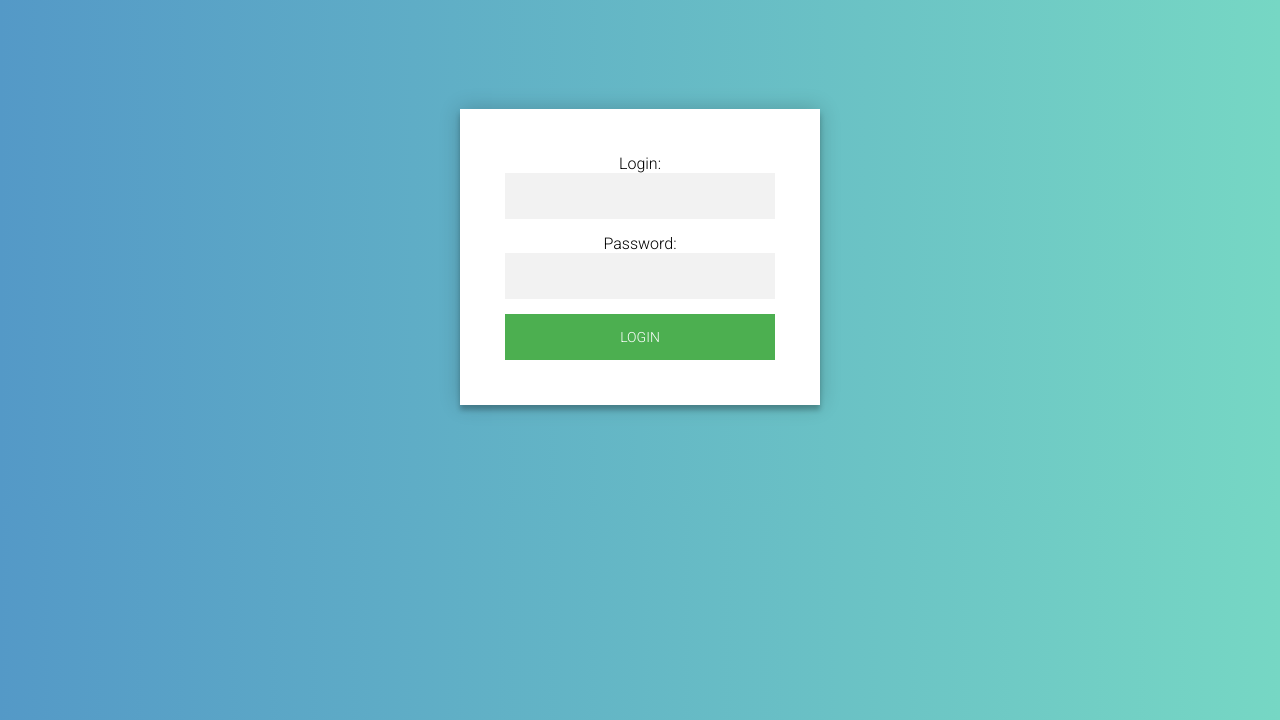
Repository: ViniciusBeletella/project-jsp
Page: http://localhost/project-jsp/
These files come from the project's save history. The page is drawn as it stood at one moment and after the next save; the edit follows.
The browser window is 1280 px wide. The pictures show the whole page.
The page is served by Tomcat 9.

Above is the page before, as saved 2019-12-20 13:11:18.

After the next save:
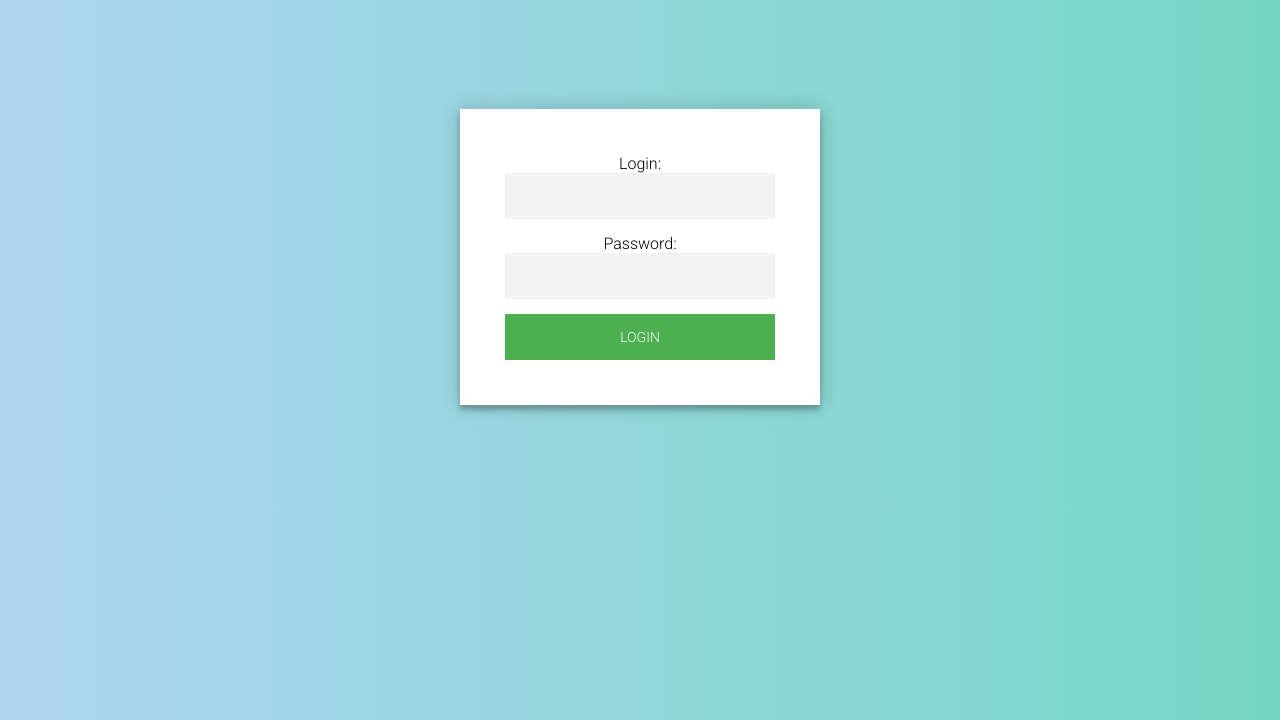
Saved 118 s later.
--- a/project-jsp/WebContent/resources/css/style.css
+++ b/project-jsp/WebContent/resources/css/style.css
@@ -90,11 +90,11 @@
   color: #EF3B3A;
 }
 body {
-  background: #5499C7; /* fallback for old browsers */
-  background: -webkit-linear-gradient(right, #76D7C4, #5499C7);
-  background: -moz-linear-gradient(right, #76D7C4, #5499C7);
-  background: -o-linear-gradient(right, #76D7C4, #5499C7);
-  background: linear-gradient(to left, #76D7C4, #5499C7);
+  background: #A9CCE3; /* fallback for old browsers */
+  background: -webkit-linear-gradient(right, #76D7C4, #AED6F1 );
+  background: -moz-linear-gradient(right, #76D7C4, #AED6F1 );
+  background: -o-linear-gradient(right, #76D7C4, #AED6F1 );
+  background: linear-gradient(to left, #76D7C4, #AED6F1 );
   font-family: "Roboto", sans-serif;
   -webkit-font-smoothing: antialiased;
   -moz-osx-font-smoothing: grayscale;
